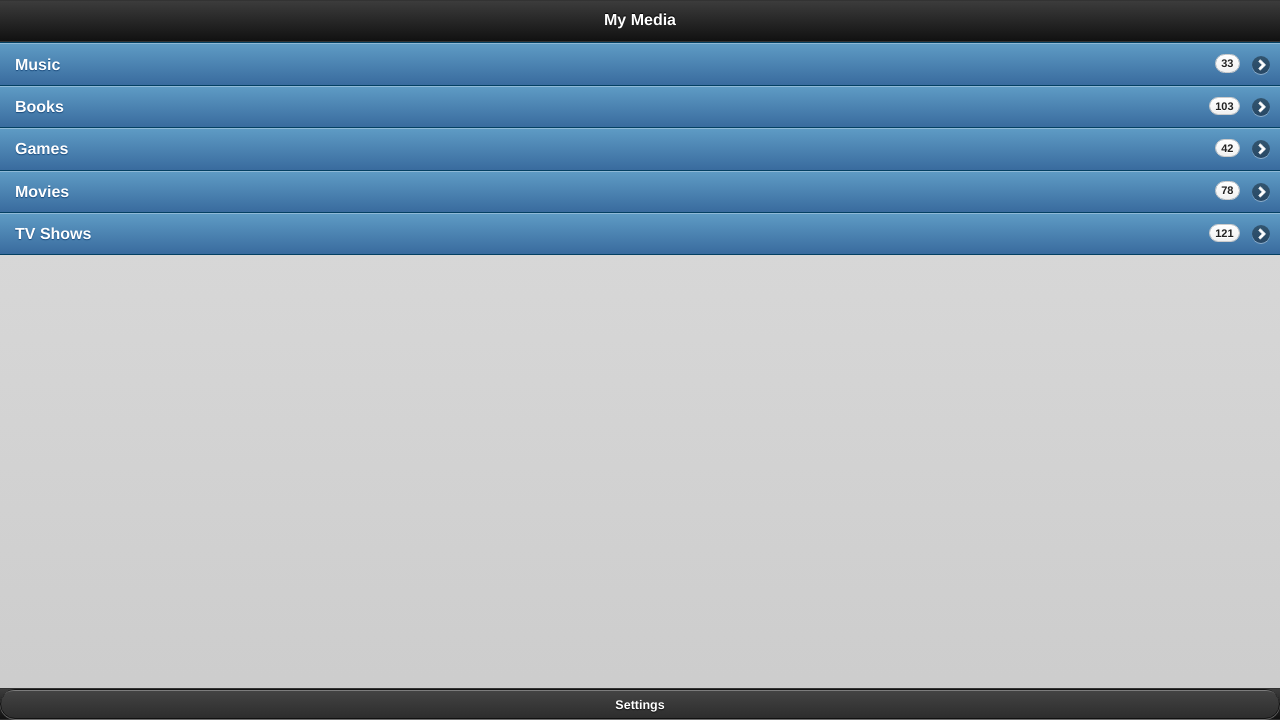
Repository: shavo0915/MediaCollectionApp
Page: MediaCollectionApp/assets/www/index.html
These files come from the project's save history. The page is drawn as it stood at one moment and after the next save; the edit follows.
The browser window is 1280 px wide. The pictures show the whole page.

Above is the page before, as saved 2013-01-30 23:34:13.

### MediaCollectionApp/assets/www/index.html
<!DOCTYPE html>
<html>
<head>
	<title>Media Collection App</title>
	<meta name="viewport" content="width=device-width, initial-scale=1">
	<link rel="stylesheet" href="jquery.mobile-1.2.0/jquery.mobile-1.2.0.css" />
	<script src="jQuery/jquery-1.8.2.js"></script>
	<script src="jquery.mobile-1.2.0/jquery.mobile-1.2.0.js"></script>
</head>
<body>

	<div data-role="page" id="myMedia" data-theme="b">

		<div data-role="header">
			<h1>My Media</h1>
		</div><!-- /header -->

		<ul data-role="listview">
			<li>
				<a href="">
					Music
					<span class="ui-li-count">33</span>
				</a>
			</li>
			<li>
				<a href="">
					Books
					<span class="ui-li-count">103</span>
				</a>
			</li>
			<li>
				<a href="">
					Games
					<span class="ui-li-count">42</span>
				</a>
			</li>
			<li>
				<a href="">
					Movies
					<span class="ui-li-count">78</span>
				</a>
			</li>
			<li>
				<a href="">
					TV Shows
					<span class="ui-li-count">121</span>
				</a>
			</li>

			<div data-role="footer" data-position="fixed">
				<a href="" data-role="button" data-theme="a" data-inline="false">Settings</a>
			</div>

		</ul>

	</div><!-- /page -->

</body>
</html>

Loaded but not shown: MediaCollectionApp/assets/www/jquery.mobile-1.2.0/jquery.mobile-1.2.0.css (library); MediaCollectionApp/assets/www/jQuery/jquery-1.8.2.js (library); MediaCollectionApp/assets/www/jquery.mobile-1.2.0/jquery.mobile-1.2.0.js (library)

After the next save:
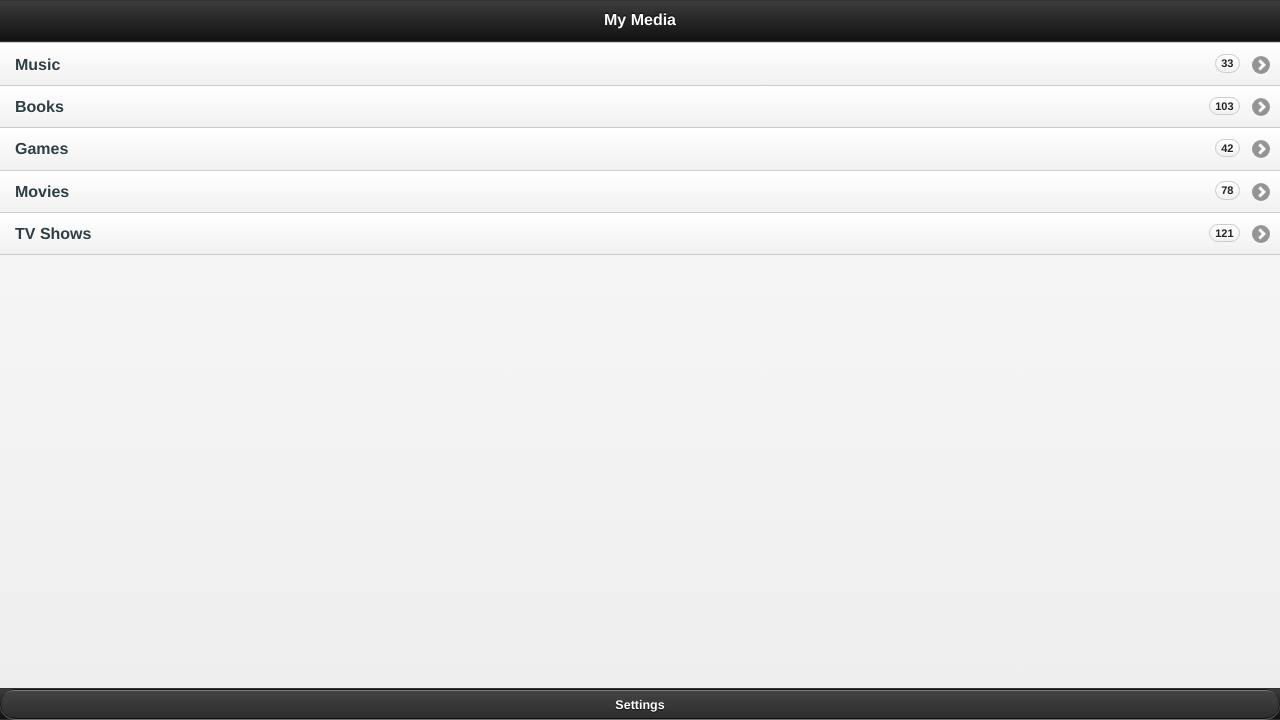
Saved 10 s later.
--- a/MediaCollectionApp/assets/www/index.html
+++ b/MediaCollectionApp/assets/www/index.html
@@ -9,7 +9,7 @@
 </head>
 <body>
 
-	<div data-role="page" id="myMedia" data-theme="b">
+	<div data-role="page" id="myMedia" data-theme="c">
 
 		<div data-role="header">
 			<h1>My Media</h1>
